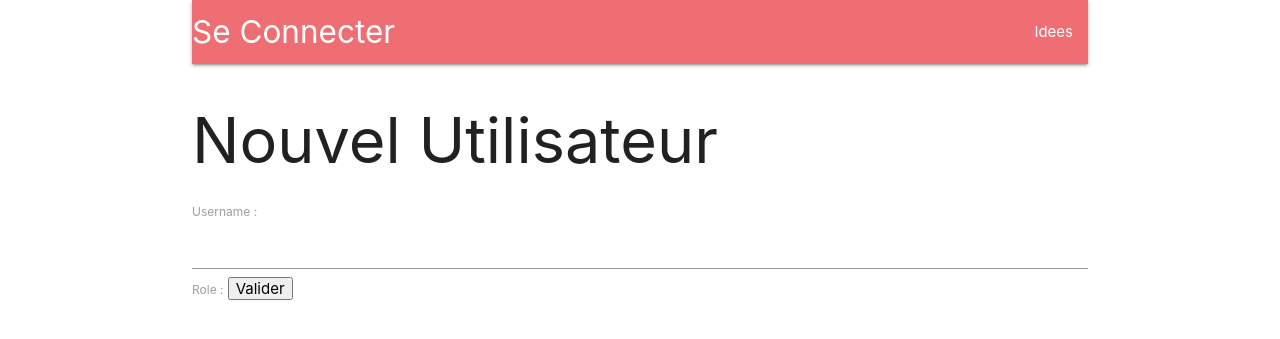
Repository: AqVScipio/JEE_NonEval
Page: http://localhost/Topaidi/home
An editor plug-in stored every save of this project. The page is shown before and after the next save, followed by the edit.
The browser window is 1280 px wide. The pictures show the whole page.
The page is served by Tomcat 9.

Above is the page before, as saved 2021-02-17 14:42:56.

After the next save:
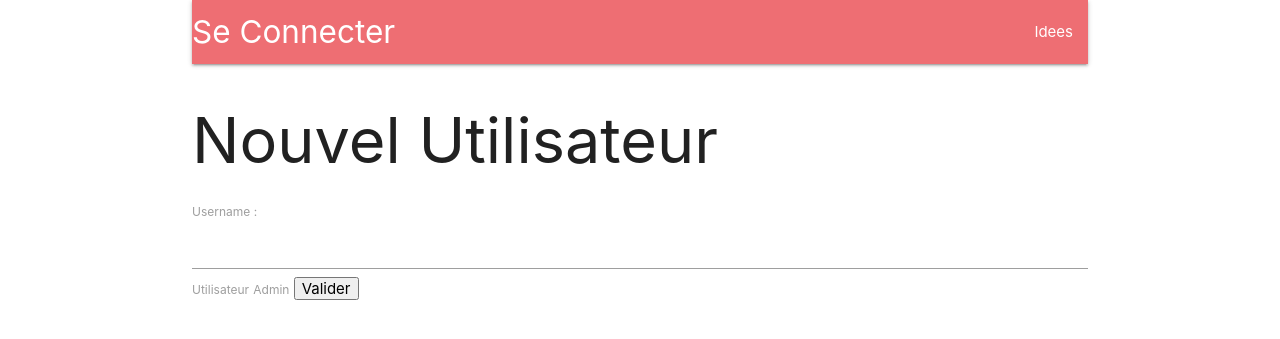
Saved 6 min 1 s later.
--- a/Topaidi/src/main/webapp/WEB-INF/webpages/home.jsp
+++ b/Topaidi/src/main/webapp/WEB-INF/webpages/home.jsp
@@ -14,8 +14,12 @@
 	<h1>Nouvel Utilisateur</h1>
 
 	<form action="users" method="post">
+
 		<label for="username">Username :</label> <input type="text"  name="username">
-		<label for="role">Role :</label> <input type="radio" name="role">
+		<input type="radio" name="role" id="user" value="1" checked>
+		<label for="role">Utilisateur</label>
+		<input type="radio" name="role" id="admin" value="2">
+		<label for="role">Admin</label>
 
 		<input type="submit" value="Valider" />
 	</form>
